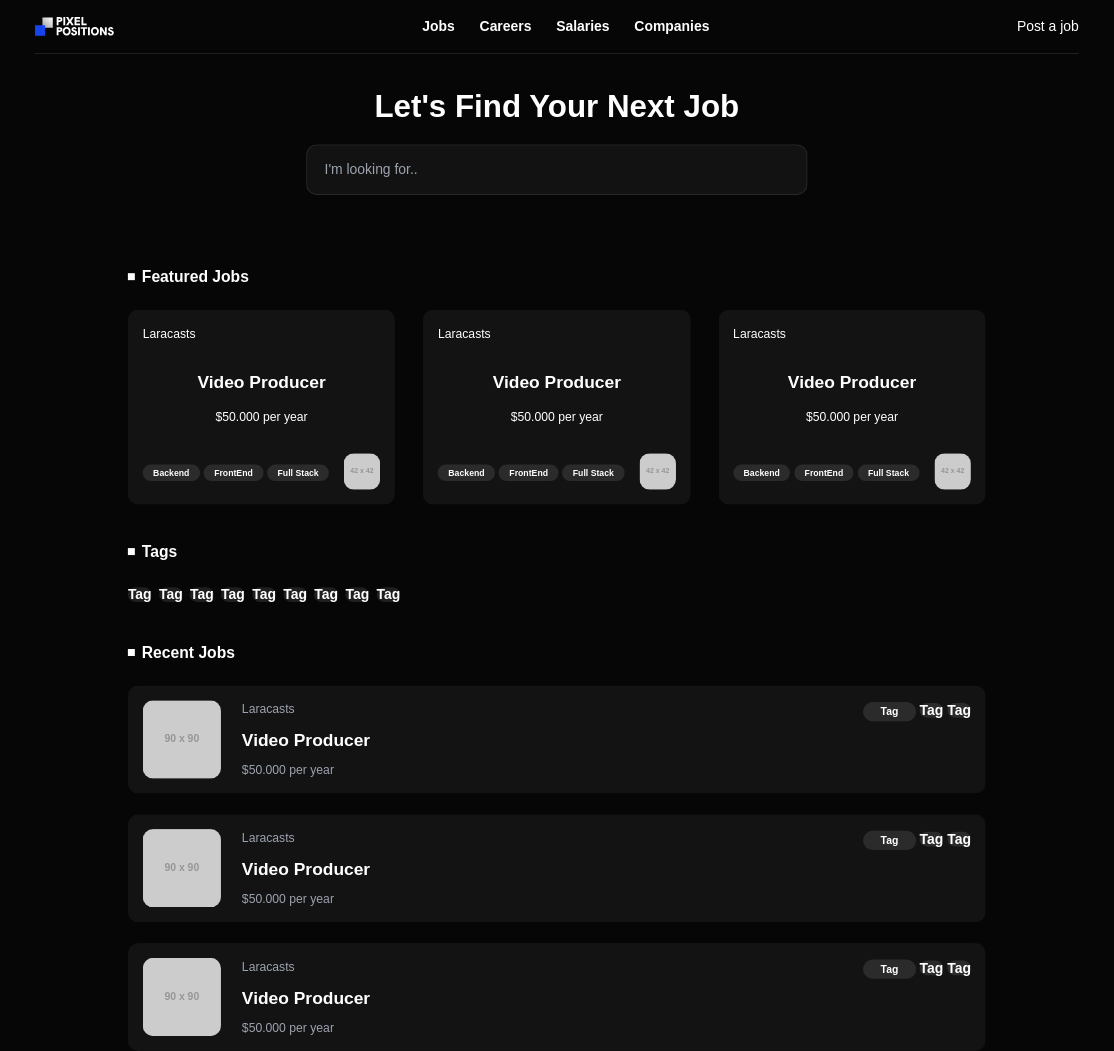
Repository: aggepap/pixel-positions-laravel
Page: resources/views/welcome.blade.php
An editor plug-in stored every save of this project. The page is shown before and after the next save, followed by the edit.
The browser window is 1280 px wide. The pictures show the whole page, at 87% of full size.
Some web fonts or font styles are not loaded; a fallback is used. The page is served by the project's Laravel application, run on PHP 8.4 with Laravel 12. Style sheets and scripts are compiled from the project's sources, by tool versions that may differ from the author's. The template is opened directly, without the code that normally fills it, so the values that code supplies are empty.

Above is the page before, as saved 2025-02-21 23:57:08.

After the next save:
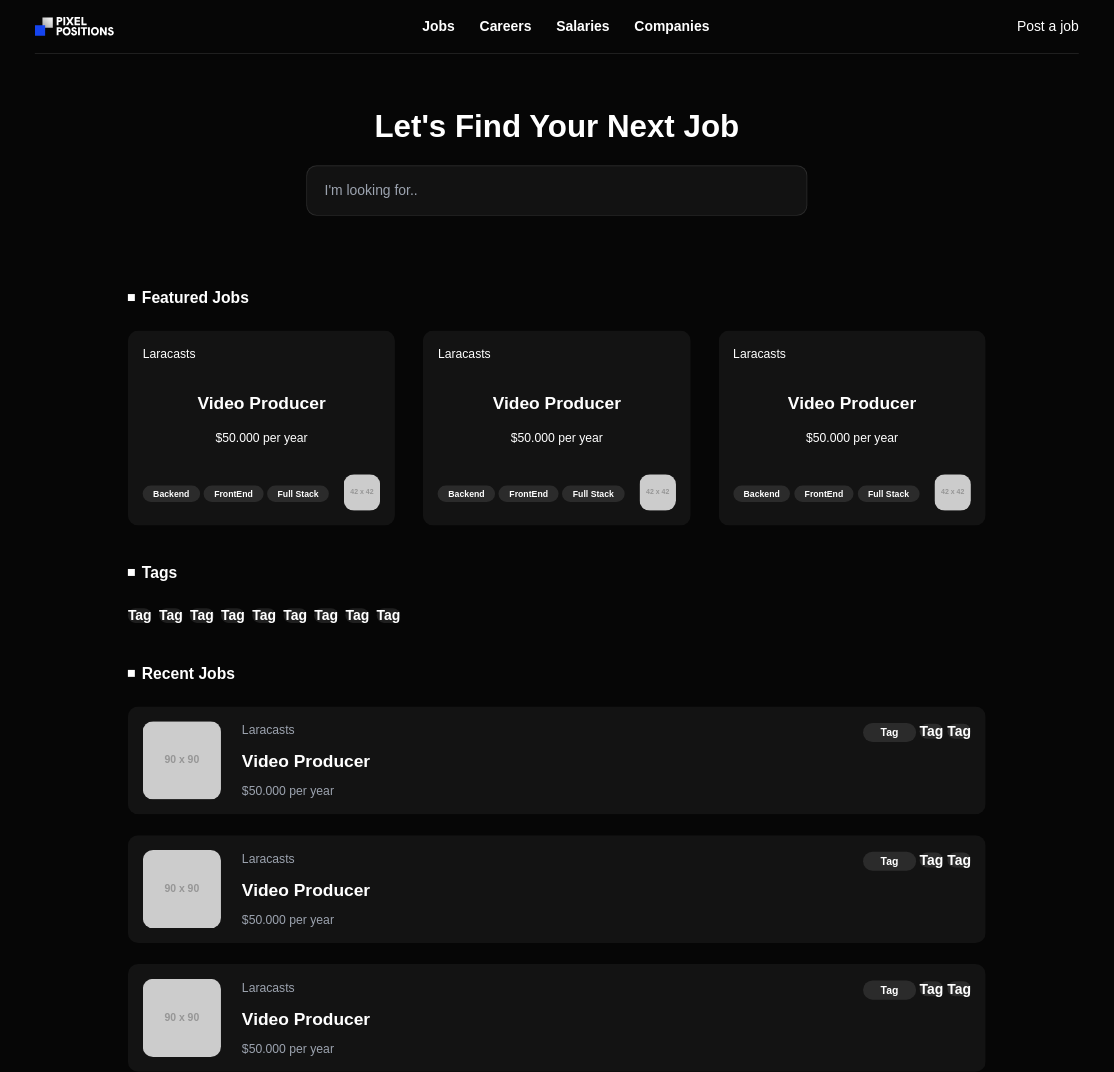
Saved 1 s later.
--- a/resources/views/welcome.blade.php
+++ b/resources/views/welcome.blade.php
@@ -1,7 +1,7 @@
 <x-layout>
     <div class="space-y-10">
 
-        <section class= "text-center">
+        <section class= "text-center pt-6">
             <h1 class="font-bold text-4xl mb-6">Let's Find Your Next Job</h1>
             <form action="">
                 <input type="text" placeholder="I'm looking for.." class="w-full bg-white/5 rounded-xl border border-white/10 p-2 px-5 py-4 max-w-xl">
